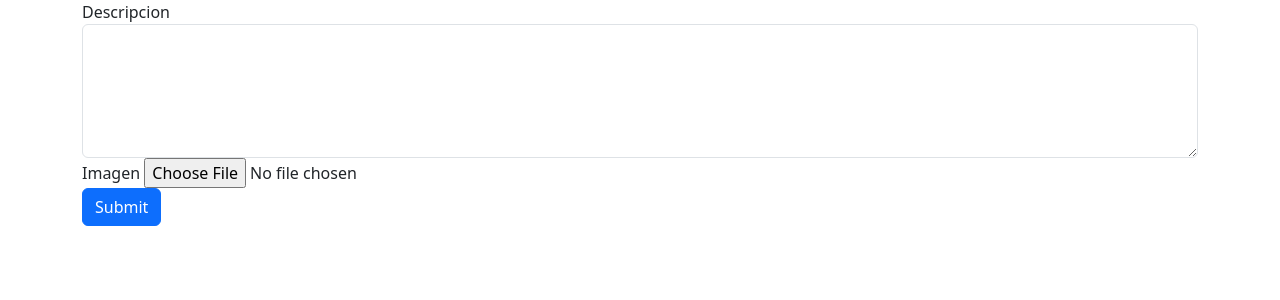
Repository: kevin-meza/pompeyo
Page: http://localhost/post/create
These files come from the project's save history. The page is drawn as it stood at one moment and after the next save; the edit follows.
The browser window is 1280 px wide. The pictures show the whole page.
The page is served by the project's Laravel application, run on PHP 8.4 with Laravel 10.

Above is the page before, as saved 2023-05-05 17:13:11.

After the next save:
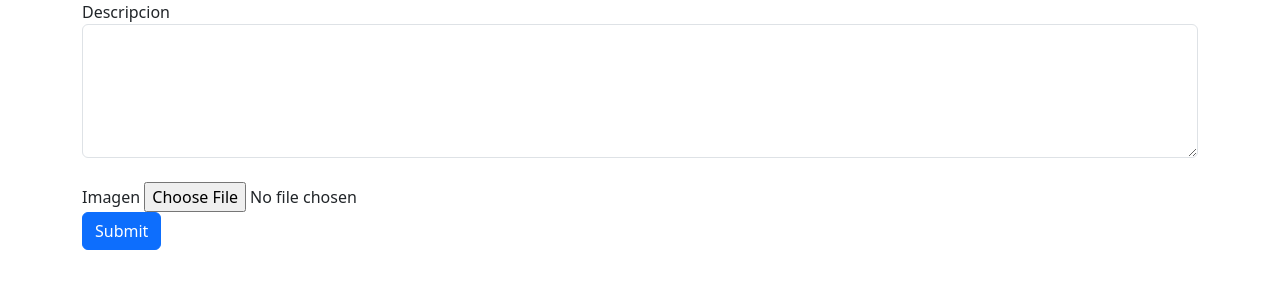
Saved 9 s later.
--- a/resources/views/post/form.blade.php
+++ b/resources/views/post/form.blade.php
@@ -15,7 +15,7 @@
           <label for="exampleInputEmail1">Descripcion</label>
 
             <textarea class="form-control" name="descripcion" id="" cols="10" rows="5"></textarea>
-        {{-- </div><br> --}}
+        </div><br>
         <div class="form-group">
           <label for="exampleInputPassword1">Imagen</label>
           <input type="file" name="imagen" id="imagen">
